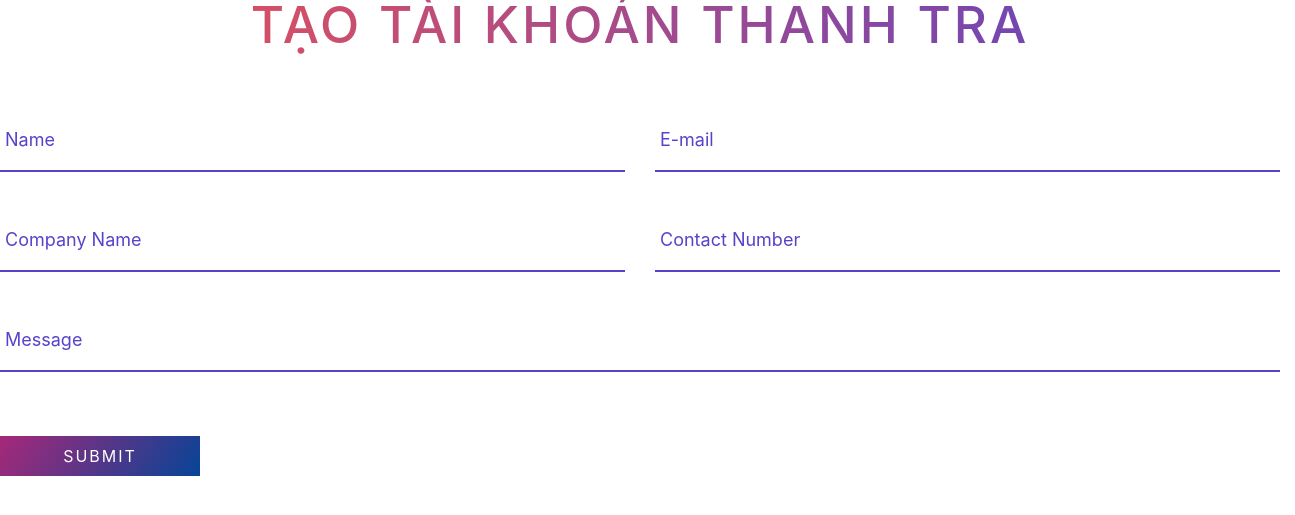
Repository: nguyenquan23/project-3
Page: http://localhost/laptrinhdoan/views/admin/add.jsp
An editor plug-in stored every save of this project. The page is shown before and after the next save, followed by the edit.
The browser window is 1280 px wide. The page is 1295 px wide, so the pictures cover 1295 px, including what lies to the right of the window. The pictures show the whole page.
Some web libraries are served in a nearby version. The page is served by Tomcat 9. Nobody is signed in. The application's start-up code is not run. Other server files are loaded and not shown.

Above is the page before, as saved 2023-01-19 13:52:26.
Console error: TypeError: Cannot read properties of undefined (reading 'fn')

### laptrinhdoan/src/main/webapp/views/admin/add.jsp
<%@ page language="java" contentType="text/html; charset=UTF-8" pageEncoding="UTF-8"%>
<!DOCTYPE html PUBLIC "-//W3C//DTD HTML 4.01 Transitional//EN" "http://www.w3.org/TR/html4/loose.dtd">
<html>
<head>
<meta http-equiv="Content-Type" content="text/html; charset=UTF-8">
<title>Trang chủ</title>
<link href="//maxcdn.bootstrapcdn.com/bootstrap/4.1.1/css/bootstrap.min.css" rel="stylesheet" id="bootstrap-css">
<script src="//maxcdn.bootstrapcdn.com/bootstrap/4.1.1/js/bootstrap.min.js"></script>
<script src="//cdnjs.cloudflare.com/ajax/libs/jquery/3.2.1/jquery.min.js"></script>
<style type="text/css">
..get-in-touch {
  max-width: 800px;
  margin: 50px auto;
  position: relative;

}
.get-in-touch .title {
  text-align: center;
  text-transform: uppercase;
  letter-spacing: 3px;
  font-size: 3.2em;
  line-height: 48px;
  padding-bottom: 48px;
     color: #5543ca;
    background: #5543ca;
    background: -moz-linear-gradient(left,#f4524d  0%,#5543ca 100%) !important;
    background: -webkit-linear-gradient(left,#f4524d  0%,#5543ca 100%) !important;
    background: linear-gradient(to right,#f4524d  0%,#5543ca  100%) !important;
    -webkit-background-clip: text !important;
    -webkit-text-fill-color: transparent !important;
}

.contact-form .form-field {
  position: relative;
  margin: 32px 0;
}
.contact-form .input-text {
  display: block;
  width: 100%;
  height: 36px;
  border-width: 0 0 2px 0;
  border-color: #5543ca;
  font-size: 18px;
  line-height: 26px;
  font-weight: 400;
}
.contact-form .input-text:focus {
  outline: none;
}
.contact-form .input-text:focus + .label,
.contact-form .input-text.not-empty + .label {
  -webkit-transform: translateY(-24px);
          transform: translateY(-24px);
}
.contact-form .label {
  position: absolute;
  left: 20px;
  bottom: 11px;
  font-size: 18px;
  line-height: 26px;
  font-weight: 400;
  color: #5543ca;
  cursor: text;
  transition: -webkit-transform .2s ease-in-out;
  transition: transform .2s ease-in-out;
  transition: transform .2s ease-in-out,
  -webkit-transform .2s ease-in-out;
}
.contact-form .submit-btn {
  display: inline-block;
  background-color: #000;
   background-image: linear-gradient(125deg,#a72879,#064497);
  color: #fff;
  text-transform: uppercase;
  letter-spacing: 2px;
  font-size: 16px;
  padding: 8px 16px;
  border: none;
  width:200px;
  cursor: pointer;
}

</style>
</head>
<body>
 <!--important link source from "https://bootsnipp.com/snippets/A36DP"-->

<!------ Include the above in your HEAD tag ---------->

<section class="get-in-touch">
   <h1 class="title">Tạo Tài Khoản Thanh Tra</h1>
   <form class="contact-form row">
      <div class="form-field col-lg-6">
         <input id="name" class="input-text js-input" type="text" required>
         <label class="label" for="name">Name</label>
      </div>
      <div class="form-field col-lg-6 ">
         <input id="email" class="input-text js-input" type="email" required>
         <label class="label" for="email">E-mail</label>
      </div>
      <div class="form-field col-lg-6 ">
         <input id="company" class="input-text js-input" type="text" required>
         <label class="label" for="company">Company Name</label>
      </div>
       <div class="form-field col-lg-6 ">
         <input id="phone" class="input-text js-input" type="text" required>
         <label class="label" for="phone">Contact Number</label>
      </div>
      <div class="form-field col-lg-12">
         <input id="message" class="input-text js-input" type="text" required>
         <label class="label" for="message">Message</label>
      </div>
      <div class="form-field col-lg-12">
         <input class="submit-btn" type="submit" value="Submit">
      </div>
   </form>
</section>
</body>
</html>

After the next save:
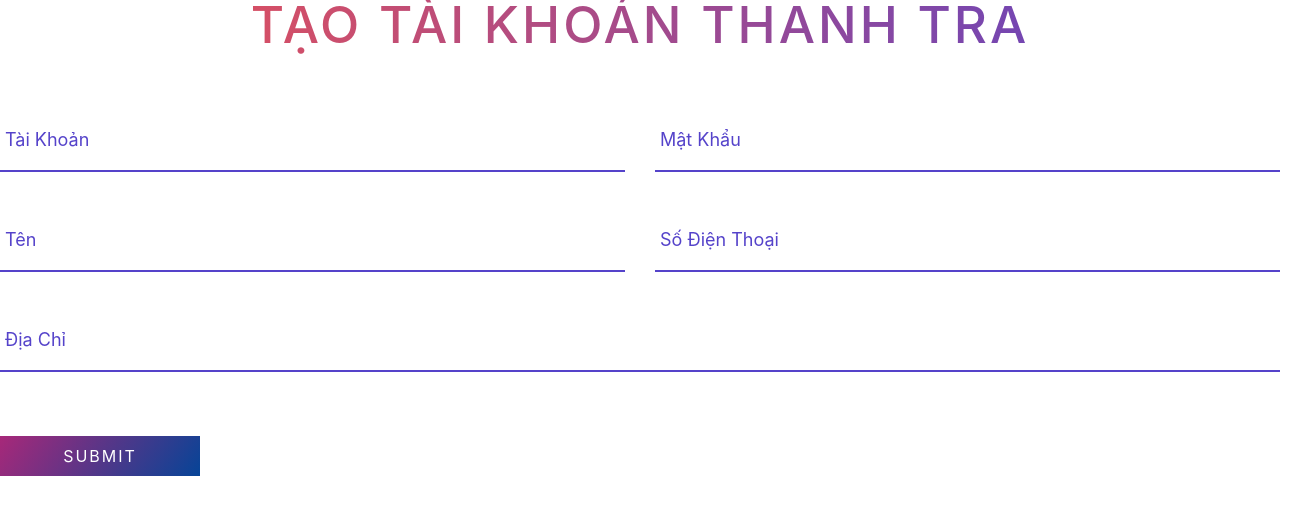
Saved 8 min 11 s later.
--- a/laptrinhdoan/src/main/webapp/views/admin/add.jsp
+++ b/laptrinhdoan/src/main/webapp/views/admin/add.jsp
@@ -12,6 +12,7 @@
   max-width: 800px;
   margin: 50px auto;
   position: relative;
+  background-image: https://img.lovepik.com/free-png/20211225/lovepik-security-inspectors-png-image_400381051_wh860.png;
 
 }
 .get-in-touch .title {
@@ -92,23 +93,23 @@
    <form class="contact-form row">
       <div class="form-field col-lg-6">
          <input id="name" class="input-text js-input" type="text" required>
-         <label class="label" for="name">Name</label>
+         <label class="label" for="name">Tài Khoản</label>
       </div>
       <div class="form-field col-lg-6 ">
-         <input id="email" class="input-text js-input" type="email" required>
-         <label class="label" for="email">E-mail</label>
+         <input id="email" class="input-text js-input" type="password" required>
+         <label class="label" for="password">Mật Khẩu</label>
       </div>
       <div class="form-field col-lg-6 ">
          <input id="company" class="input-text js-input" type="text" required>
-         <label class="label" for="company">Company Name</label>
+         <label class="label" for="company">Tên</label>
       </div>
        <div class="form-field col-lg-6 ">
          <input id="phone" class="input-text js-input" type="text" required>
-         <label class="label" for="phone">Contact Number</label>
+         <label class="label" for="phone">Số Điện Thoại</label>
       </div>
       <div class="form-field col-lg-12">
          <input id="message" class="input-text js-input" type="text" required>
-         <label class="label" for="message">Message</label>
+         <label class="label" for="message">Địa Chỉ</label>
       </div>
       <div class="form-field col-lg-12">
          <input class="submit-btn" type="submit" value="Submit">
